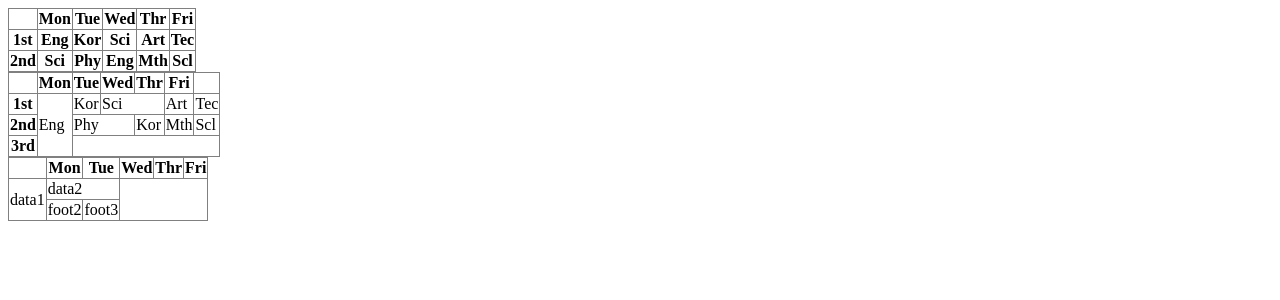
Repository: LucestDail/WebEclipse-Workspace
Page: htmlProject/WebContent/Test1.html
These files come from the project's save history. The page is drawn as it stood at one moment and after the next save; the edit follows.
The browser window is 1280 px wide. The pictures show the whole page.

Above is the page before, as saved 2020-11-05 06:48:22.

After the next save:
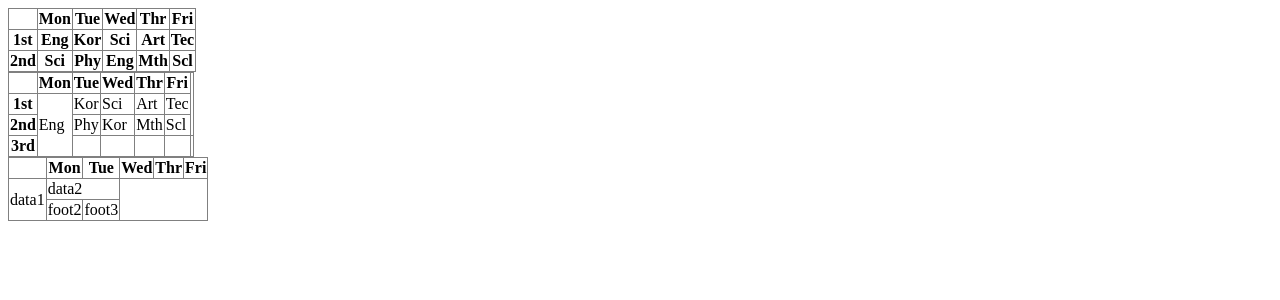
Saved 77 s later.
--- a/htmlProject/WebContent/Test1.html
+++ b/htmlProject/WebContent/Test1.html
@@ -46,19 +46,24 @@
 	<th>1st</th>
 	<td rowspan = "3">Eng</td>
 	<td>Kor</td>
-	<td colspan = "2">Sci</td>
-	<td colspan = "2">Art</td>
+	<td>Sci</td>
+	<td>Art</td>
 	<td>Tec</td>
 </tr>
 <tr>
 	<th>2nd</th>
-	<td colspan = "2">Phy</td>
+	<td>Phy</td>
 	<td>Kor</td>
-	<td colspan = "2">Mth</td>
-	<td colspan = "2">Scl</td>
+	<td>Mth</td>
+	<td>Scl</td>
 </tr>
 <tr>
 	<th>3rd</th>
+	<th></th>
+	<th></th>
+	<th></th>
+	<th></th>
+	<th></th>
 </tr>
 </table>
 
